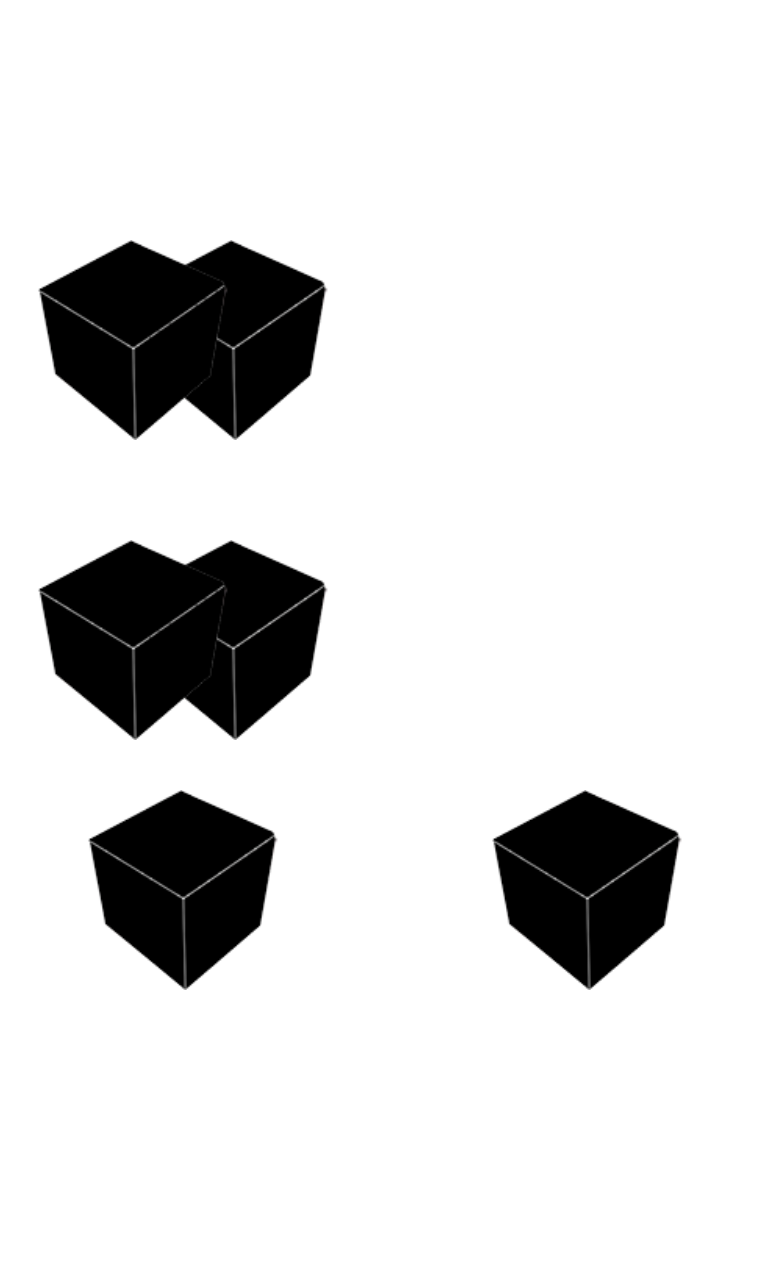
Repository: DSKarramba/university
Layout: models_and_methods_ICS/lab_01/code/calc/res/layout/activity_main.xml
The author's editor kept a copy of each file at every save. The layout is drawn from the files as they stood at one save, then again after a run of saves.
It is drawn on a 768 x 1280 px phone screen (xhdpi) without system bars, with theme AppTheme; the app's code is not run.

Above is the layout before, as saved 2014-12-11 03:42:43.

### models_and_methods_ICS/lab_01/code/calc/res/layout/activity_main.xml
<RelativeLayout xmlns:android="http://schemas.android.com/apk/res/android"
    xmlns:tools="http://schemas.android.com/tools"
    android:layout_width="match_parent"
    android:layout_height="match_parent"
    android:layout_gravity="top"
    android:paddingBottom="@dimen/activity_vertical_margin"
    android:paddingLeft="@dimen/activity_horizontal_margin"
    android:paddingRight="@dimen/activity_horizontal_margin"
    android:paddingTop="@dimen/activity_vertical_margin"
    tools:context="com.example.calc.MainActivity" >

    <ImageButton
        android:id="@+id/img1"
        android:layout_width="100dp"
        android:layout_height="100dp"
        android:layout_above="@+id/img3"
        android:layout_alignLeft="@+id/img3"
        android:layout_marginBottom="50dp"
        android:background="@android:color/transparent"
        android:contentDescription="@string/str_box"
        android:scaleType="fitCenter"
        android:src="@drawable/box" />

    <ImageButton
        android:id="@+id/img2"
        android:layout_width="100dp"
        android:layout_height="100dp"
        android:layout_above="@+id/img4"
        android:layout_alignRight="@+id/img4"
        android:layout_marginBottom="50dp"
        android:background="@android:color/transparent"
        android:contentDescription="@string/str_box"
        android:scaleType="fitCenter"
        android:src="@drawable/box" />

    <ImageButton
        android:id="@+id/img3"
        android:layout_width="100dp"
        android:layout_height="100dp"
        android:layout_alignParentLeft="true"
        android:layout_centerVertical="true"
        android:layout_marginLeft="50dp"
        android:background="@android:color/transparent"
        android:contentDescription="@string/str_box"
        android:scaleType="fitCenter"
        android:src="@drawable/box" />

    <ImageButton
        android:id="@+id/img4"
        android:layout_width="100dp"
        android:layout_height="100dp"
        android:layout_alignParentLeft="true"
        android:layout_centerVertical="true"
        android:layout_marginRight="50dp"
        android:background="@android:color/transparent"
        android:contentDescription="@string/str_box"
        android:scaleType="fitCenter"
        android:src="@drawable/box" />

    <ImageButton
        android:id="@+id/img5"
        android:layout_width="100dp"
        android:layout_height="100dp"
        android:layout_alignParentLeft="true"
        android:layout_below="@+id/img3"
        android:layout_marginLeft="25dp"
        android:layout_marginTop="25dp"
        android:background="@android:color/transparent"
        android:contentDescription="@string/str_box"
        android:scaleType="fitCenter"
        android:src="@drawable/box" />

    <ImageButton
        android:id="@+id/img6"
        android:layout_width="100dp"
        android:layout_height="100dp"
        android:layout_alignParentRight="true"
        android:layout_below="@+id/img4"
        android:layout_marginRight="25dp"
        android:layout_marginTop="25dp"
        android:background="@android:color/transparent"
        android:contentDescription="@string/str_box"
        android:scaleType="fitCenter"
        android:src="@drawable/box" />

</RelativeLayout>

### models_and_methods_ICS/lab_01/code/calc/res/values/strings.xml
<?xml version="1.0" encoding="utf-8"?>
<resources>

    <string name="app_name">cats</string>
    <string name="action_settings">Settings</string>
    <string name="str_box">box</string>

</resources>

Loaded but not shown: models_and_methods_ICS/lab_01/code/calc/res/values/styles.xml (common file); models_and_methods_ICS/lab_01/code/calc/res/values-v11/styles.xml (common file); models_and_methods_ICS/lab_01/code/calc/res/values-v14/styles.xml (common file); models_and_methods_ICS/lab_01/code/calc/res/values/dimens.xml (common file); models_and_methods_ICS/lab_01/code/calc/res/values-w820dp/dimens.xml (common file)

After the next 2 saves:
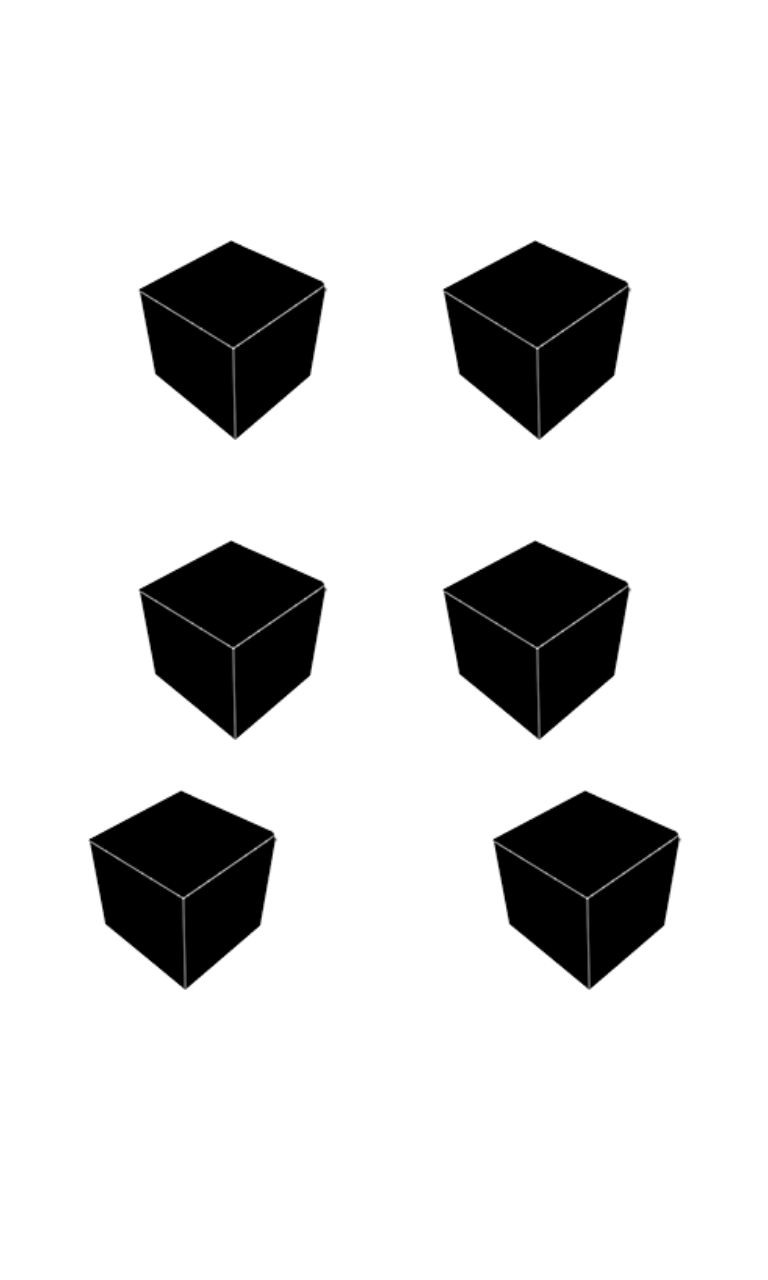
The 2 saves are shown as one change because they came seconds apart.
The last was saved 8 s later.
--- a/models_and_methods_ICS/lab_01/code/calc/res/layout/activity_main.xml
+++ b/models_and_methods_ICS/lab_01/code/calc/res/layout/activity_main.xml
@@ -49,7 +49,7 @@
         android:id="@+id/img4"
         android:layout_width="100dp"
         android:layout_height="100dp"
-        android:layout_alignParentLeft="true"
+        android:layout_alignParentRight="true"
         android:layout_centerVertical="true"
         android:layout_marginRight="50dp"
         android:background="@android:color/transparent"
